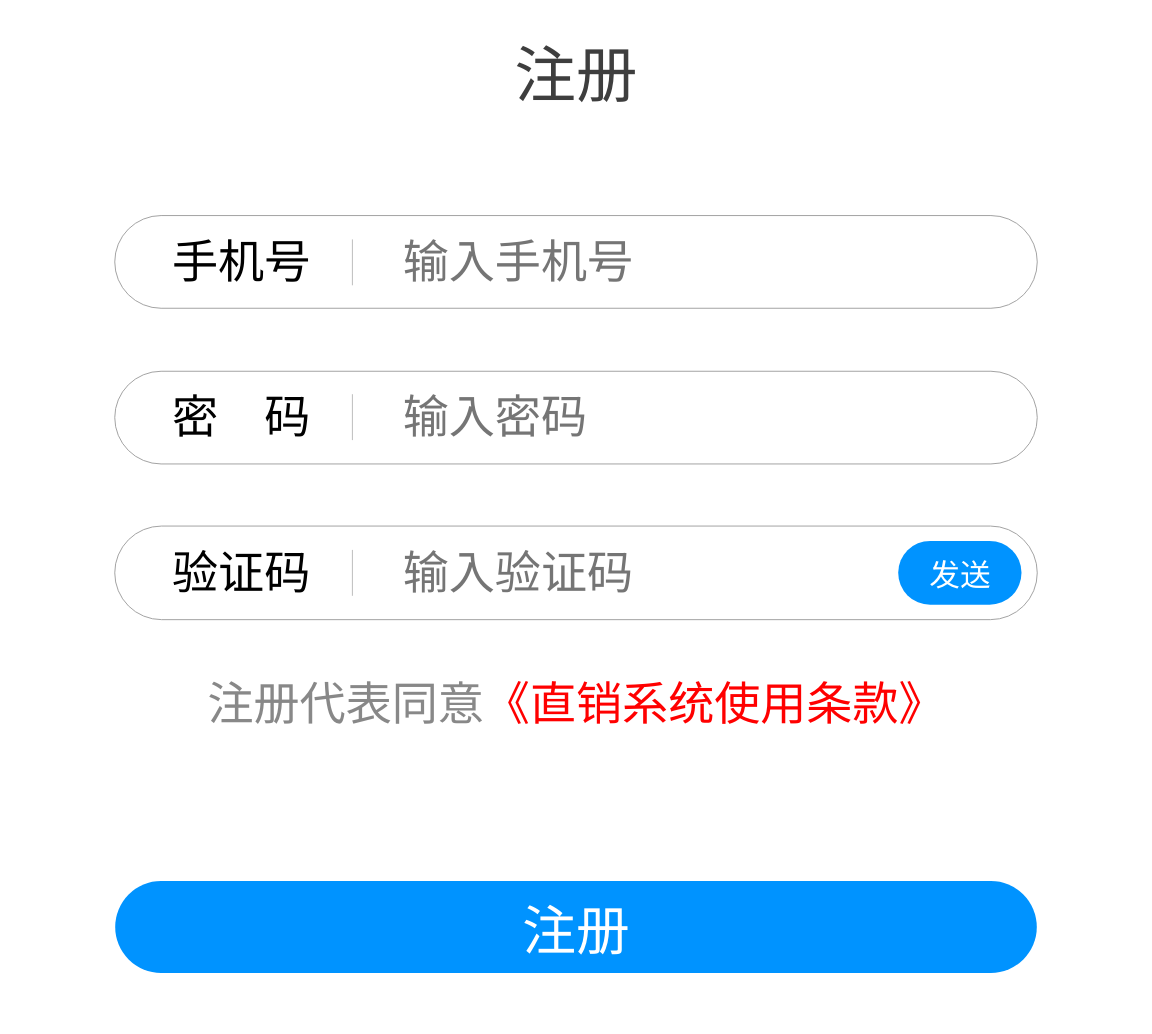
Repository: 421538074/sell
Page: consumer/find-password.html
An editor plug-in stored every save of this project. The page is shown before and after the next save, followed by the edit.
The browser window is 1280 px wide. The pictures show the whole page, at 90% of full size.

Above is the page before, as saved 2019-05-29 15:51:56.

### consumer/find-password.html
<!DOCTYPE html>
<html lang="en">

<head>
    <meta charset="UTF-8">
    <meta name="viewport" content="width=device-width, initial-scale=1.0">
    <meta http-equiv="X-UA-Compatible" content="ie=edge">
    <link rel="stylesheet" href="../css/base.css">
    <link rel="stylesheet" href="css/find-password.css">
    <title>注册</title>
</head>

<body>
    <div id="app" class="content">
        <div class="regsiter">
            <div class="regsiter_wrap">
                <h4>注册</h4>
                <ul class="regsiter_uu">
                    <li>
                        <label class="title">手机号</label>
                        <input @input="limitLength('phone',11)" v-model="phone" maxlength="11" type="number"
                            placeholder="输入手机号">
                    </li>
                    <li>
                        <label class="title">密&nbsp;&nbsp;&nbsp;&nbsp;码</label>
                        <input class="pasword" v-model="password" type="password" placeholder="输入密码">
                    </li>
                    <li>
                        <label class="title">验证码</label>
                        <input class="pasword" v-model="code" type="number" placeholder="输入验证码">
                        <button class="send-code">发送</button>
                    </li>
                </ul>
                <p class="regsiter-protocol">
                    注册代表同意<span class="stronger">《直销系统使用条款》</span>
                </p>
                <button class="regsiter_btn" @click="regsiter">注册</button>
            </div>
        </div>
    </div>
    <script src="../js/jquery.min.js"></script>
    <script src="../js/api.js"></script>
    <script src="../js/vue.js"></script>
</body>

</html>

### css/base.css
/* http://meyerweb.com/eric/tools/css/reset/
   v2.0 | 20110126
   License: none (public domain)
*/

html,
body,
div,
span,
applet,
object,
iframe,
h1,
h2,
h3,
h4,
h5,
h6,
p,
blockquote,
pre,
a,
abbr,
acronym,
address,
big,
cite,
code,
del,
dfn,
em,
img,
ins,
kbd,
q,
s,
samp,
small,
strike,
strong,
sub,
sup,
tt,
var,
b,
u,
i,
center,
dl,
dt,
dd,
ol,
ul,
li,
fieldset,
form,
label,
legend,
table,
caption,
tbody,
tfoot,
thead,
tr,
th,
td,
article,
aside,
canvas,
details,
embed,
figure,
figcaption,
footer,
header,
hgroup,
menu,
nav,
output,
ruby,
section,
summary,
time,
mark,
audio,
video {
    margin: 0;
    padding: 0;
    border: 0;
    font-size: 100%;
    font: inherit;
    vertical-align: baseline;
}

/* HTML5 display-role reset for older browsers */
article,
aside,
details,
figcaption,
figure,
footer,
header,
hgroup,
menu,
nav,
section {
    display: block;
}

body {
    line-height: 1;
}

ol,
ul {
    list-style: none;
}

blockquote,
q {
    quotes: none;
}

blockquote:before,
blockquote:after,
q:before,
q:after {
    content: '';
    content: none;
}

table {
    border-collapse: collapse;
    border-spacing: 0;
}


body,
html {
    font-size: calc(100vw / 37.5);
    font-family: PingFangSC-Medium;
    background: #F2F2F2;
}


[v-cloak] {
    display: none;
}


hr {
    margin: 0;
    padding: 0;
}

.clearfix {
    zoom: 1;
}

.clearfix:after {
    content: ".";
    display: block;
    visibility: hidden;
    height: 0;
    clear: both;
}

[v-cloak] {
    display: none;
}

### consumer/css/find-password.css
html,body{
    background: #ffffff;
}
h4 {
    color: #3E3E3E;
    text-align: center;
    height: 5rem;
    font-size: 2rem;
    display: flex;
    align-items: center;
    justify-content: center;
}
li {
    width: 80%;
    border: 1px solid #999999;
    margin: 2rem auto;
    height: 3rem;
    border-radius: 10rem;
    display: flex;
    align-items: center;
    justify-content: space-around;
    position: relative;
}
label.title{
    position: relative;
    width: 20%;
    display: flex;
    align-items: center;
    justify-content: center;
    font-size: 1.5rem;
}
label.title::after{
    content: '';
    position: absolute;
    height: 100%;
    width: 1px;
    background: #B6B6B6;
    left: 110%;
}
li input {
    border: none;
    flex: 0.8;
    outline: 0;
    font-size: 1.5rem;
}
input.pasword{
    color: #0093FF;
}
button.regsiter_btn {
    background: #0093FF;
    outline: 0;
    border: none;
    border-radius: 10rem;
    height: 3rem;
    width: 80%;
    margin: 5rem auto;
    display: block;
    color: #ffffff;
    font-size: 1.75rem;
    margin-bottom: 2rem;
}
button.send-code {
    background: #0093FF;
    border: none;
    color: #fff;
    border-radius: 10rem;
    font-size: 1rem;
    padding: 0.3rem 1rem;
    position: absolute;
    right: 0.5rem;
    outline: 0;
}
p.regsiter-protocol {
    color: #888888;
    font-size: 1.5rem;
    text-align: center;
}
span.stronger {
    color: red;
}

### js/api.js



// window.warn = {
//     alert: function alert(msg) {
//         var template = `
// `
//         $('body').append(template);
//         $('.alert-body').animate({
//             top: "40px"
//         }, 200);
//         // setTimeout(function () {
//         //     warn.close();
//         // }, 1500);
//     },
//     close: function close() {
//         $('.alert-body').animate({
//             top: "-280px"
//         }, 200);
//         setTimeout(function () {
//             $('#alert-msg').remove();
//         }, 200);
//     }
// };

Loaded but not shown: js/jquery.min.js (library); js/vue.js (library)

After the next save:
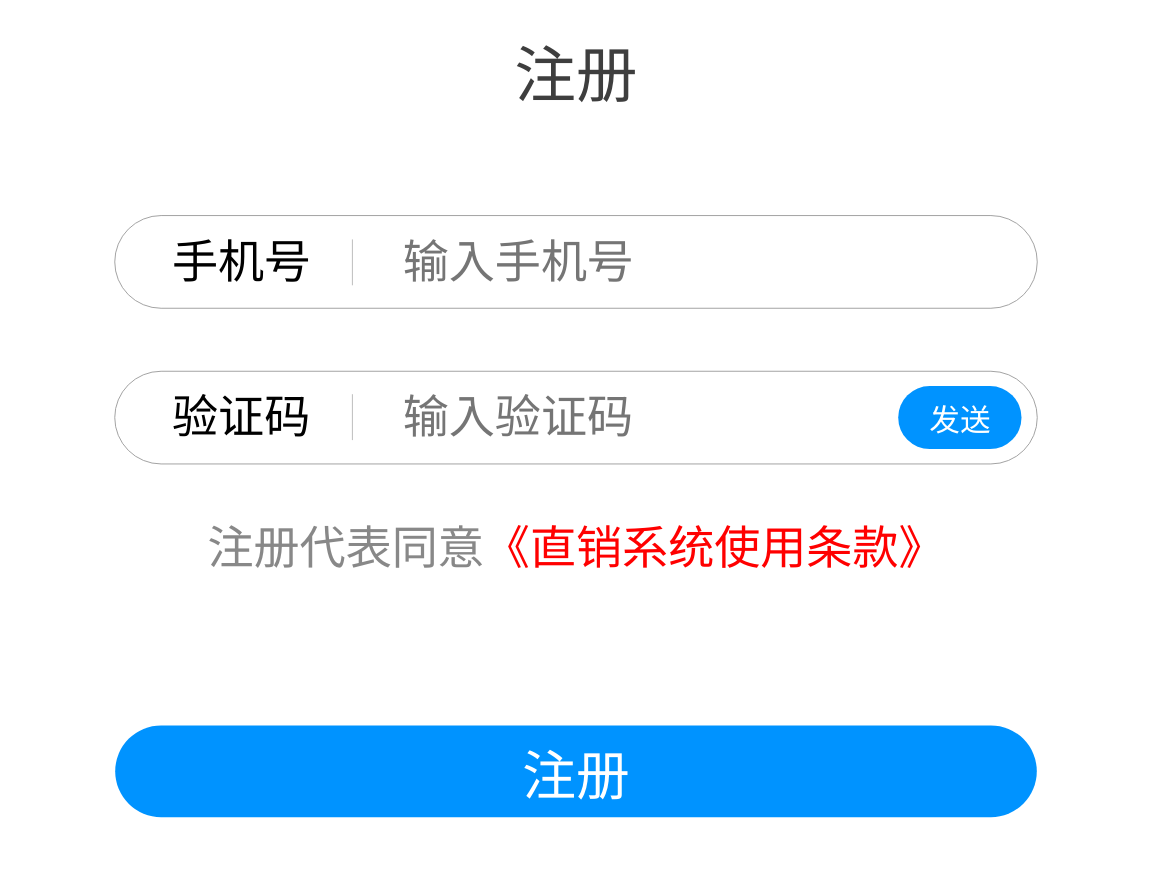
Saved 24 s later.
--- a/consumer/find-password.html
+++ b/consumer/find-password.html
@@ -22,10 +22,6 @@
                             placeholder="输入手机号">
                     </li>
                     <li>
-                        <label class="title">密&nbsp;&nbsp;&nbsp;&nbsp;码</label>
-                        <input class="pasword" v-model="password" type="password" placeholder="输入密码">
-                    </li>
-                    <li>
                         <label class="title">验证码</label>
                         <input class="pasword" v-model="code" type="number" placeholder="输入验证码">
                         <button class="send-code">发送</button>
